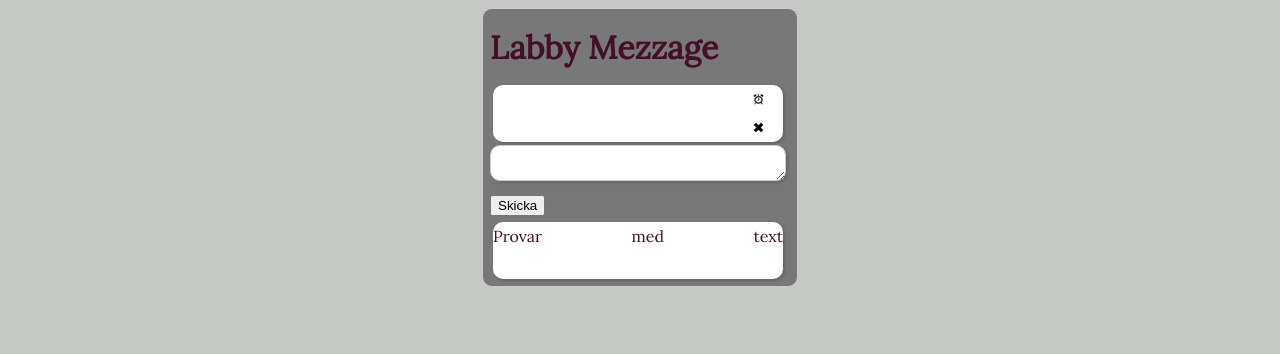
Repository: Angamanga/1dv403-laborationer
Page: 2-labbymezzage/index.html
The author's editor kept a record of every edit. The page is drawn from the files as they stood at one moment, then again after the next edit.
The browser window is 1280 px wide. The pictures show the whole page.

Above is the page before.

### 2-labbymezzage/index.html
<!doctype html>
<html lang="sv">

<head>
    <meta charset="utf-8" />
    <title>Anna I:s sajt</title>
    <link href='//fonts.googleapis.com/css?family=Lora|Open+Sans+Condensed:300|Amatic+SC' rel='stylesheet' type='text/css'>
    <link rel="stylesheet" media="screen and (min-width:501px)" href="css/style.css">
    <link rel="stylesheet" media="screen and (max-width:500px)" href="css/mobile.css">
    <meta name="viewport" content="width=device-width, minimum-scale=1">

   <script src="js/message.js"></script>
    <script src="js/script.js"></script>
    <title>Webbteknik 1, Laboration 2</title>
</head>

<body>



        <main>


            <div class="container">
                <header>
            <h1>Labby Mezzage</h1>
                </header>
             <div class ="messages">
                <img src="pics/14.png" alt="tid" class="showDate"></img>
                <img src="pics/12.png" alt="radera meddelande" class="delete"></img>
             </div>
             <div><p class="counter"> </p></div>
           <textarea class="messageInput"></textarea>
           <input type ="submit" class="submitMessage" value="Skicka"/>
            </div>

        </main>

        <footer>
        </footer>
    </div>
</body>

</html>

### 2-labbymezzage/css/style.css
/*@media screen and (min-width: 501px)*/
header,
main
 {
    display: block;
}

body {
    background: #C6C8C5;
    color: #430F29;
    font-family: Lora, 'Palatino Linotype', Palatino, serif;
}

.container {
    Width: 300px;
    margin: 0 auto;
    text-align: justify;
    line-height: 1.8em;
    margin: 0 auto;
    background: #787878;
    border: 1px solid #ccc;
    -moz-border-radius: 10px;
    -webkit-border-radius: 10px;
    border-radius: 10px;
    padding: 4px 7px;
    outline: 0;
    -webkit-appearance: none;
}
.messageInput {
    width:290px;
    border: 1px solid #ccc;
    -moz-border-radius: 10px;
    -webkit-border-radius: 10px;
    border-radius: 10px;
    -moz-box-shadow: 2px 2px 3px #666;
    -webkit-box-shadow: 2px 2px 3px #666;
    box-shadow: 2px 2px 3px #666;


    outline: 0;
    -webkit-appearance: none;
}
.messageInput:focus {
    border-color: #339933;
}
.messages{
    width:290px;
     border: 1px #C6C8C5;
     background:white;
    -moz-border-radius: 10px;
    -webkit-border-radius: 10px;
    border-radius: 10px;
    -moz-box-shadow: 2px 2px 3px #666;
    -webkit-box-shadow: 2px 2px 3px #666;
     margin:3px;
    outline: 0;
    -webkit-appearance: none;
    }
 div.messages img{
   margin-left:260px;
}


.counter{
    font-size:0.7em;
    padding:0;
    margin:0 0 0 185px;

}

### 2-labbymezzage/js/message.js
"use strict";

function Message(message, date){

	this.getText = function(){
		return message;
	}
	this.setText = function(_text){
		message = _text;
	}

	this.getDate = function(){
		return date;
	}
	this.setDate = function(_date){
		date = _date
	}
}

Message.prototype.toString = function() {
	return this.getText() + " (" + this.getDate() + " )";
};

Message.prototype.getHTMLtext = function(first_argument) {
			//  Las pa!!
	// return  						<div class ="messages">
	// getText();
	//               <img src="pics/14.png" alt="tid" class="showDate"></img>
 //               <img src="pics/12.png" alt="radera meddelande" class="delete"></img>
 //       		  </div>
};

### 2-labbymezzage/js/script.js

"use strict"

window.onload = function(){

var MessageBoard = {
    messages:[],
    init:function(e){
var message = new Message();
    },
writeMessage: function (){
    console.log(MessageBoard.message[0].toString());

	}
};
MessageBoard.init();
function writeMessage(){
     var messContainer = document.createElement("div");         //  <div class ="messages">
    messContainer.className = "messages";
     var container = document.querySelector(".container");
    container.appendChild(messContainer);
    var text = document.createTextNode("Provar med text");
    messContainer.appendChild(text);
    var img1 =document.createElement("img");
    img1.className ="ShowDate";
    img1.src="pics/14.png";
    img1.alt="visa tid";
    var img2 =document.createElement("img");
    img2.className ="delete";
    img1.src="pics/12.png";
    img1.alt="radera meddelande";
    messContainer.appendChild(img2);

    // container.appendChild("messContainer");
    // messContainer.appendChild(image);
    // messContainer.appendChild(image);
    // messContainer.appendChild(text);

//     <img src="pics/14.png" alt="tid" class="showDate"></img>
  //              <img src="pics/12.png" alt="radera meddelande" class="delete"></img>
    //         </div>
}

	writeMessage();
var messageInput = document.querySelector(".messageInput");
var submitMessage = document.querySelector(".submitMessage");
var messages = document.querySelector(".messages");
var p = document.querySelector(".counter")
submitMessage.addEventListener("click", function(e){
var txt = messageInput.value;
var dte = new Date();
var msg = new Message(txt,dte);
MessageBoard.messages.push(msg);
p.innerHTML = "Antal meddelanden: " + MessageBoard.messages.length;





});

var showDate = document.querySelector(".showDate");
showDate.addEventListener("click",function(e){
    alert("Inlagget skapades den" + this.getDate());            //kolla upp!
    }
);
};

### 2-labbymezzage/css/mobile.css
/*@media screen and (max-width: 500px)*/

header,
main
 {
    display: block;
}

body {
    background: #C6C8C5;
    color: #430F29;
    font-family: Lora, 'Palatino Linotype', Palatino, serif;
}

.container {
    Width: 300px;
    margin: 0 auto;
    text-align: justify;
    line-height: 1.8em;
    margin: 0 auto;
    background: #787878;
    border: 1px solid #ccc;
    -moz-border-radius: 10px;
    -webkit-border-radius: 10px;
    border-radius: 10px;
    padding: 4px 7px;
    outline: 0;
    -webkit-appearance: none;
}
.messageInput {
    width:290px;
    border: 1px solid #ccc;
    -moz-border-radius: 10px;
    -webkit-border-radius: 10px;
    border-radius: 10px;
    -moz-box-shadow: 2px 2px 3px #666;
    -webkit-box-shadow: 2px 2px 3px #666;
    box-shadow: 2px 2px 3px #666;


    outline: 0;
    -webkit-appearance: none;
}
.messageInput:focus {
    border-color: #339933;
}
.messages{
    width:290px;
     border: 1px #C6C8C5;
     background:white;
    -moz-border-radius: 10px;
    -webkit-border-radius: 10px;
    border-radius: 10px;
    -moz-box-shadow: 2px 2px 3px #666;
    -webkit-box-shadow: 2px 2px 3px #666;
     margin:3px;
    outline: 0;
    -webkit-appearance: none;
    }
 div.messages img{
   margin-left:260px;
}


.counter{
    font-size:0.7em;
    padding:0;
    margin:0 0 0 185px;

}

After the next edit:
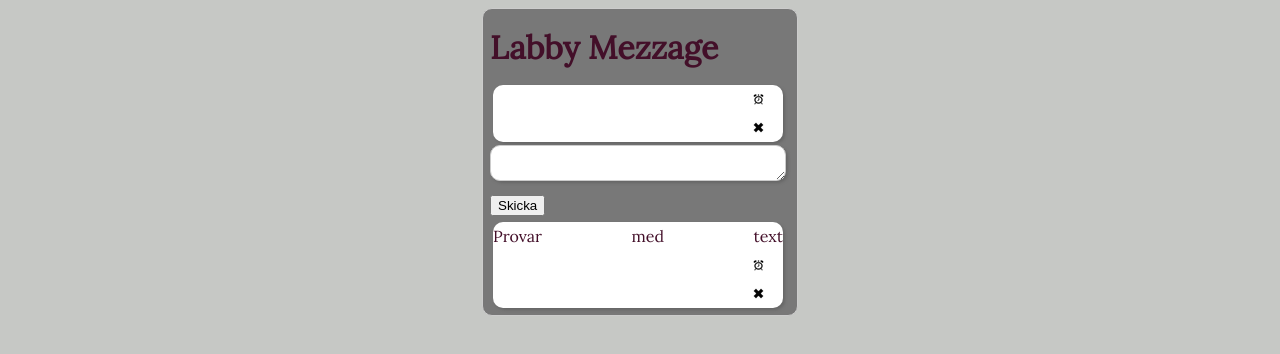
The edit:
--- a/2-labbymezzage/js/script.js
+++ b/2-labbymezzage/js/script.js
@@ -27,8 +27,9 @@
     img1.alt="visa tid";
     var img2 =document.createElement("img");
     img2.className ="delete";
-    img1.src="pics/12.png";
-    img1.alt="radera meddelande";
+    img2.src="pics/12.png";
+    img2.alt="radera meddelande";
+    messContainer.appendChild(img1);
     messContainer.appendChild(img2);
 
     // container.appendChild("messContainer");
